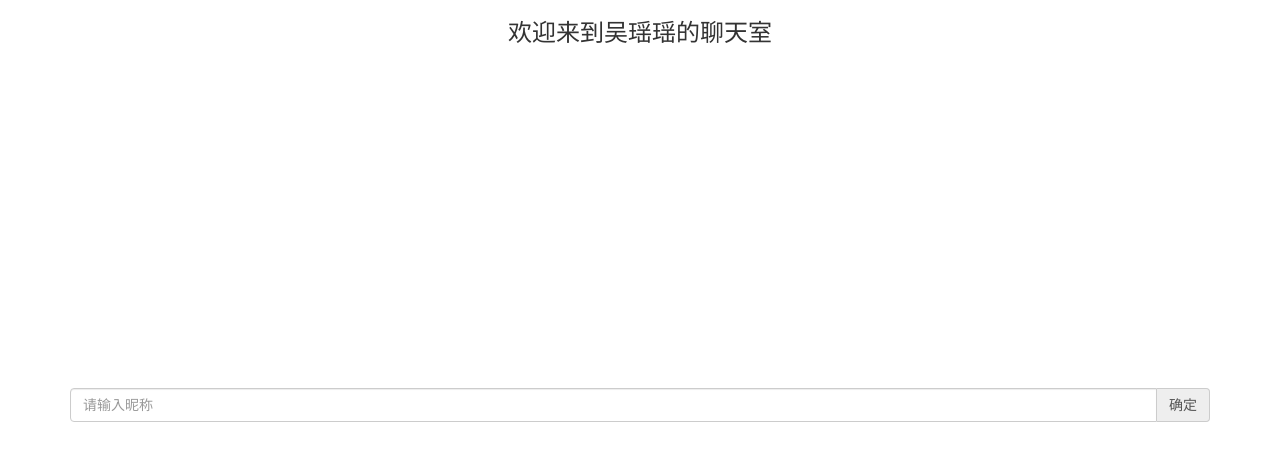
Repository: wyy511/node-socket.io
Page: client.html
The author's editor kept a copy of each file at every save. The page is drawn from the files as they stood at one save, then again after the next save.
The browser window is 1280 px wide. The pictures show the whole page.
The page's requests for data from a server got no answer. Some web libraries are served in a nearby version.

Above is the page before, as saved 2019-11-20 23:46:54.
Console error (its wording comes from the project's code and is left out).

### client.html
<!DOCTYPE html>
<html lang="en">
<head>
  <meta charset="UTF-8">
  <meta name="viewport" content="width=device-width, initial-scale=1.0">
  <meta http-equiv="X-UA-Compatible" content="ie=edge">
  <title>吴瑶瑶的聊天室</title>
  <style>
    *{
      margin: 0;
      padding: 0;
    }
    .container {
      width: 100%;
      height: 100%;
      overflow: hidden;
    }
    .title {
      text-align: center;
    }
    .login-input {
      margin-top: 30%;
    }
    #msgBox {
      display: none;
    }
  </style>
  <!-- 最新版本的 Bootstrap 核心 CSS 文件 -->
<link rel="stylesheet" href="https://cdn.jsdelivr.net/npm/bootstrap@3.3.7/dist/css/bootstrap.min.css" integrity="sha384-BVYiiSIFeK1dGmJRAkycuHAHRg32OmUcww7on3RYdg4Va+PmSTsz/K68vbdEjh4u" crossorigin="anonymous">
<!-- 最新的 Bootstrap 核心 JavaScript 文件 -->
<script src="https://cdn.jsdelivr.net/npm/bootstrap@3.3.7/dist/js/bootstrap.min.js" integrity="sha384-Tc5IQib027qvyjSMfHjOMaLkfuWVxZxUPnCJA7l2mCWNIpG9mGCD8wGNIcPD7Txa" crossorigin="anonymous"></script>
</head>
<body>
  <div class="container">
    <header>
      <h3 class="title">欢迎来到吴瑶瑶的聊天室</h3>
    </header>
    <div>
      <div id="nameBox" class="input-group login-input">
        <input id="name" class="form-control" type="text" placeholder="请输入昵称">
        <span id="nameBtn" class="input-group-addon">确定</span>
      </div>
      <div id="msgBox" class="input-group">
        <input id="msg" class="form-control" type="text" onkeydown="enterChart(event)" placeholder="请输入内容">
        <span id="msgBtn" class="input-group-addon" onclick="sendChart()">发送</span>
      </div>
    </div>
    <footer></footer>
  </div>
  <script type="text/javascript" src="https://cdn.bootcss.com/socket.io/2.3.0/socket.io.js"></script>
  <script type="text/javascript">
    var socket = io.connect('ws://172.19.162.86:3000');
    var name = '';
    var userId = '';
    const msgBtn = document.getElementById('msgBtn');
    const msgEl = document.getElementById('msg');
    const nameBtn = document.getElementById('nameBtn');
    const nameEl = document.getElementById('name');
    const msgBox = document.getElementById('msgBox');
    const nameBox = document.getElementById('nameBox');
    nameBtn.onclick = () => {
      const val = nameEl.value;
      if (!val) return;
      name = val;
      socket.emit('changeName', name);
      nameEl.value = '';
      nameBox.style.display = 'none';
      msgBox.style.display = 'block';
    }
    // 如果客户端监听到socket消息，那么执行这个方法里的回调，且得到广播的消息
    socket.on("changeName", data => {
      console.log(data)
      var p = document.createElement("p");
      userId = data.userId;
      p.innerText = data.msg;
      document.body.appendChild(p);
    })
    function enterChart (e) {
      if (e.keyCode === 13) {
        sendChart();
      }
    }
    function sendChart () {
      const val = msgEl.value;
      if (!val) return;
      msgEl.value = '';
      socket.emit('chat', {
        userId,
        name,
        msg: val
      });
    }
    // 如果客户端监听到socket消息，那么执行这个方法里的回调，且得到广播的消息
    socket.on("chat", (data) => {
      var p = document.createElement("p");
      p.innerText = data.msg;
      document.body.appendChild(p);
    })
  </script>
</body>
</html>

After the next save:
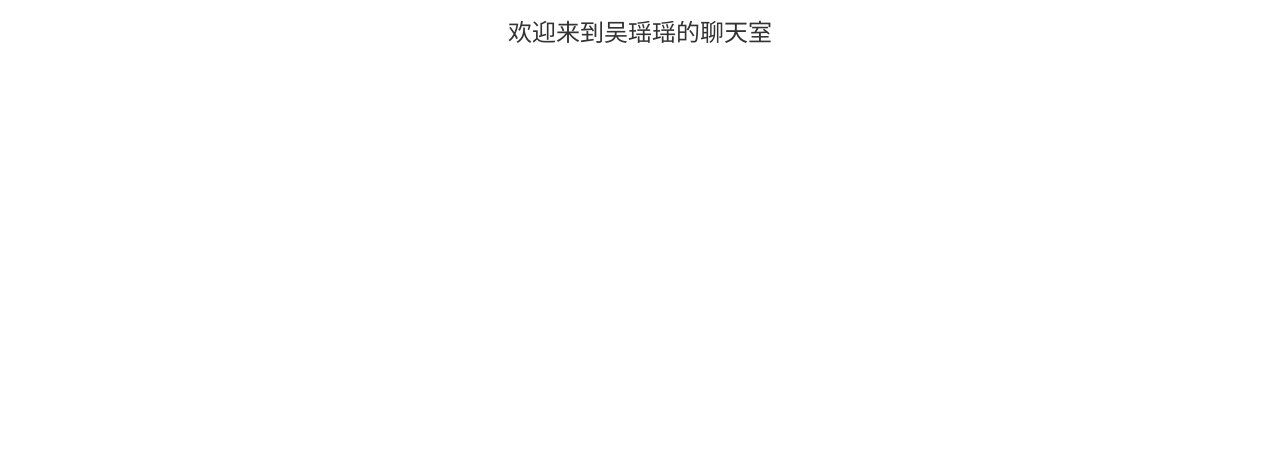
Saved 27 s later.
--- a/client.html
+++ b/client.html
@@ -36,10 +36,10 @@
       <h3 class="title">欢迎来到吴瑶瑶的聊天室</h3>
     </header>
     <div>
-      <div id="nameBox" class="input-group login-input">
+      <!-- <div id="nameBox" class="input-group login-input">
         <input id="name" class="form-control" type="text" placeholder="请输入昵称">
         <span id="nameBtn" class="input-group-addon">确定</span>
-      </div>
+      </div> -->
       <div id="msgBox" class="input-group">
         <input id="msg" class="form-control" type="text" onkeydown="enterChart(event)" placeholder="请输入内容">
         <span id="msgBtn" class="input-group-addon" onclick="sendChart()">发送</span>
